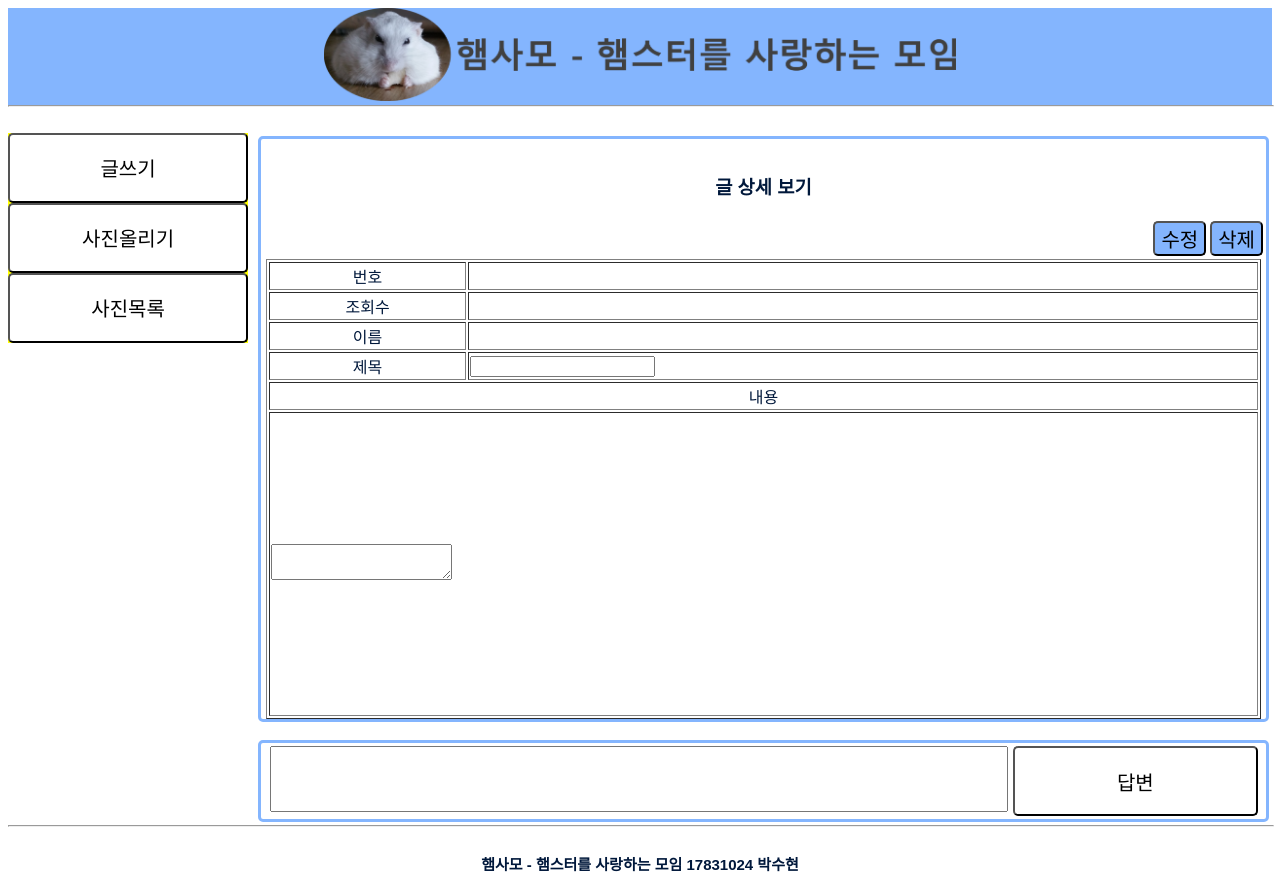
Repository: hyun5292/school
Page: http://localhost/HamSaMo/WEB-INF/views/board/modifyForm.jsp
An editor plug-in stored every save of this project. The page is shown before and after the next save, followed by the edit.
The browser window is 1280 px wide. The pictures show the whole page.
The page is served by Tomcat 9. Nobody is signed in. The template is opened directly, without the code that normally fills it, so the values that code supplies are empty.

Above is the page before, as saved 2019-12-08 14:57:08.

After the next save:
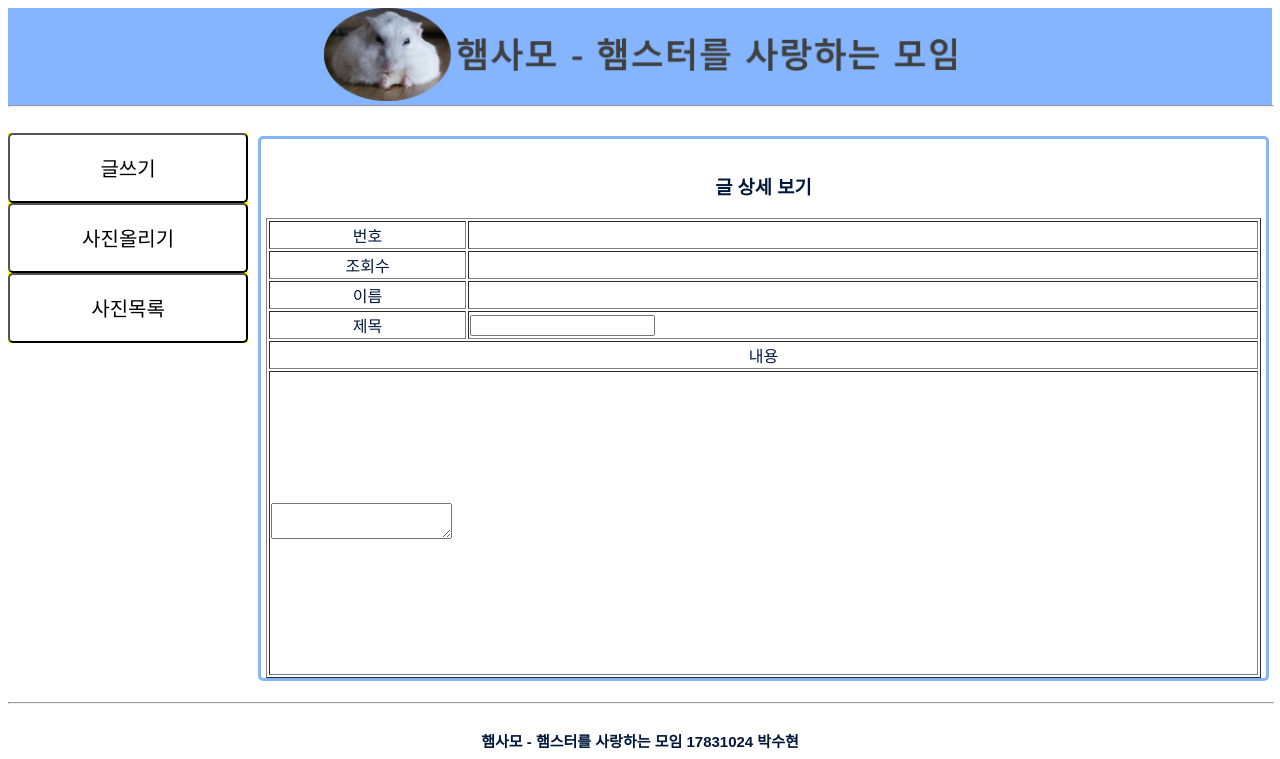
Saved 10 min 11 s later.
--- a/spring/HamSaMo/HamSaMo/src/main/webapp/WEB-INF/views/board/modifyForm.jsp
+++ b/spring/HamSaMo/HamSaMo/src/main/webapp/WEB-INF/views/board/modifyForm.jsp
@@ -100,20 +100,6 @@
 					<td>
 						<div id="content" align="center">
 							<h3 style="padding-top: 15px">글 상세 보기</h3>
-							<table align="right">
-								<tr>
-									<td width="50px" height="30px">
-										<form action="modifyForm">
-											<input type="submit" id="btn_dark" value="수정">
-										</form>
-									</td>
-									<td width="50px" height="30px">
-										<form action="deleteForm">
-											<input type="submit" id="btn_dark" value="삭제">
-										</form>
-									</td>
-								</tr>
-							</table>
 							<!-- List{s} -->
 							<table border="1" width="99%">
 								<colgroup>
@@ -154,19 +140,7 @@
 				</tr>
 				<tr>
 					<td>
-						<div id="reply" align="center">
-							<table width="99%">
-								<colgroup>
-									<col style="width: 75%;" />
-									<col style="width: 25%;" />
-								</colgroup>
-								<tr>
-									<td align="center"><textArea
-											style="width: 99%; height: 60px; resize: none;" name="bReply"></textArea></td>
-									<td><input type="submit" style="height:70px;" id="btn_light" value="답변"></td>
-								</tr>
-							</table>
-						</div>
+
 					</td>
 				</tr>
 			</table>
